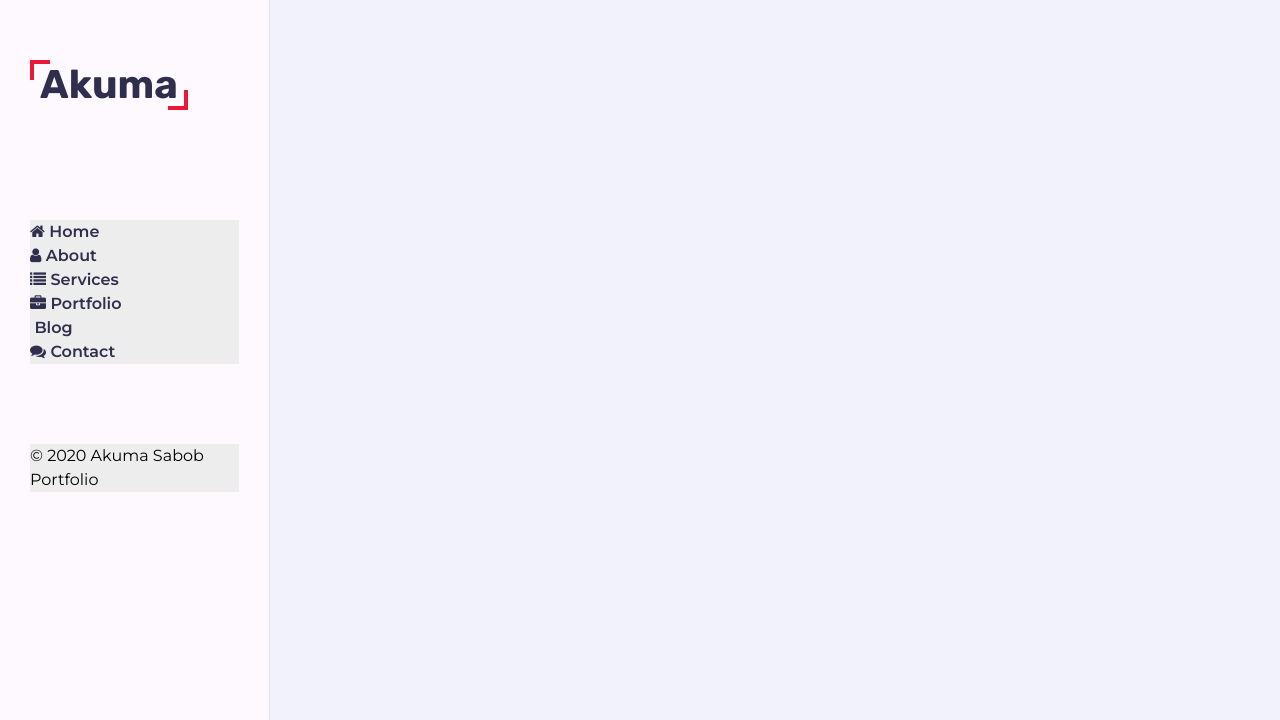
Repository: Akuma001/MY-Portfolio
Page: index.html
These files come from the project's save history. The page is drawn as it stood at one moment and after the next save; the edit follows.
The browser window is 1280 px wide. The pictures show the whole page.

Above is the page before, as saved 2020-12-13 13:17:44.

### index.html
<!DOCTYPE html>
<html lang="en">
<head>
  <title>Akuma Sabob</title>
  <meta charset="utf-8">
  <meta name="viewport" content="width=device-width, initial-scale=1">
   <!-- Template css Files -->
	<link rel="stylesheet" href="./css/style.css" type="text/css">
  <link rel="stylesheet" href="./css/skins/pink.css" type="text/css">
  <!-------Favcon icon-------->
  <link href="./images/favicon.ico" rel="icon" type="image/x-icon" />
</head>
<body>
<!-----------Main------------->
<div class="main-container">
<!-----------Side------------->
  <div class="aside">
    <div class="logo">
      <a href="#">Akuma</a>
    </div>
    <!----------Nav Bar---------->
    <ul class="nav">
      <li><a href="#"><i class="fa fa-home"></i> Home</a></li>
      <li><a href="#"><i class="fa fa-user"></i> About</a></li>
      <li><a href="#"><i class="fa fa-list"></i> Services</a></li>
      <li><a href="#"><i class="fa fa-briefcase"></i> Portfolio</a></li>
      <li><a href="#"><i class="fa fa-envelop"></i> Blog</a></li>
      <li><a href="#"><i class="fa fa-comments"></i> Contact</a></li>
    </ul>
    <div class="copyright-text">
      &copy; 2020 Akuma Sabob Portfolio
    </div>

  </div>
<!-----------Side End------------->

<!-----------Main content------------->
  <div class="main-content">
    <section class="home section">

    </section>
  </div>
<!-----------Main content End------------->

</div>
<!-----------Main------------->
</body>
</html>

### css/style.css

 /*Font Awesome Free Icon*/
 @import url("https://stackpath.bootstrapcdn.com/font-awesome/4.7.0/css/font-awesome.min.css");
 /*Google fonts*/
 @import url('https://fonts.googleapis.com/css?family=Montserrat:400,500,600,700&display=swap');
 @import url('https://fonts.googleapis.com/css?family=Rubik:500,700,900&display=swap');


body{
    margin: 0;
    line-height: 1.5;
    font-size: 16px;
    font-family: 'Montserrat', sans-serif;
    font-weight: 400;
}
*{
    margin: 0;
    padding: 0;
    outline: none;
    text-decoration: none;
    box-sizing: border-box;
}
::before, ::after{
    box-sizing: border-box;
}

.section{
    background-color: #f2f2fc;
    min-height: 100vh;
    display: block;
}
.main-content{
    padding-left: 270px;
}

 /*    aside  */
 .aside{
     width: 270px;
     background-color: #fdf9ff;
     position: fixed;
     height: 100%;
     left: 0;
     top: 0;
     z-index: 10;
     border-right: 1px solid #e8dfec;
     padding: 30px;
 }


 .aside .logo{

    padding: 30px 0;

 }
 .aside .logo a{
     font-size: 40px;
     color: #302e4d;
     font-family: 'Rubik', sans-serif;
     font-weight: 700;
     text-decoration: none;
     display: inline-block;
     position: relative;
     padding: 0 10px;
     line-height: 50px;
 }
 .aside .logo a::before{
     content: '';
     height: 20px;
     width: 20px;
     position: absolute;
     top: 0;
     left: 0;
 }
 .aside .logo a::after{
    content: '';
    height: 20px;
    width: 20px;
    position: absolute;
    bottom: 0;
    right: 0;
 }
 .aside .nav{
     background-color: #ededed;
     margin: 80px 0;
     list-style: none;
 }
 .aside .nav li{
     display: block;
 }
 .aside .nav li a{
     font-size: 16px;
     font-weight: 600;
     color: #302e4d;
     text-decoration: none;
 }
 .aside .copyright-text{
    background-color: #ededed;
 }
 .aside .logo a{

}

### css/skins/pink.css
.aside .logo a::before{
    border-top: 4px solid #ec1839;
    border-left: 4px solid #ec1839;
}

.aside .logo a::after{
    border-right: 4px solid #ec1839;
    border-bottom: 4px solid #ec1839;
}

After the next save:
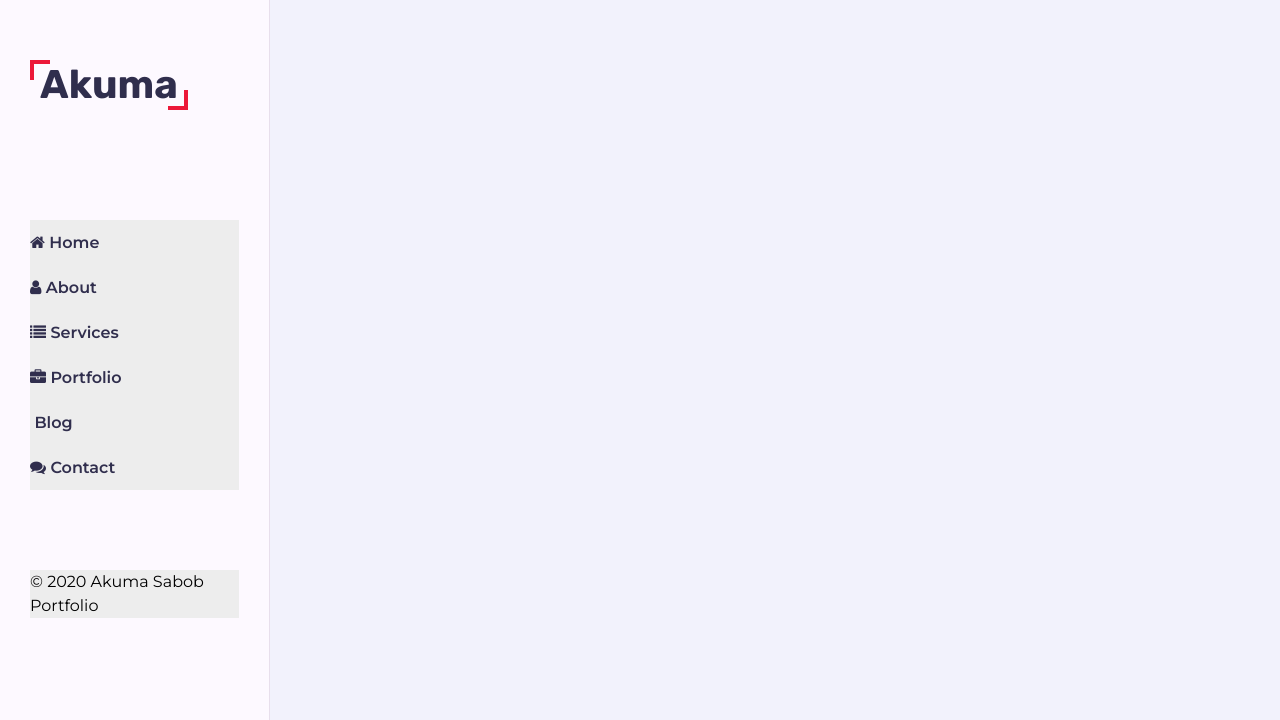
Saved 17 s later.
--- a/css/style.css
+++ b/css/style.css
@@ -92,6 +92,7 @@ body{
      font-weight: 600;
      color: #302e4d;
      text-decoration: none;
+     line-height: 45px;
  }
  .aside .copyright-text{
     background-color: #ededed;
